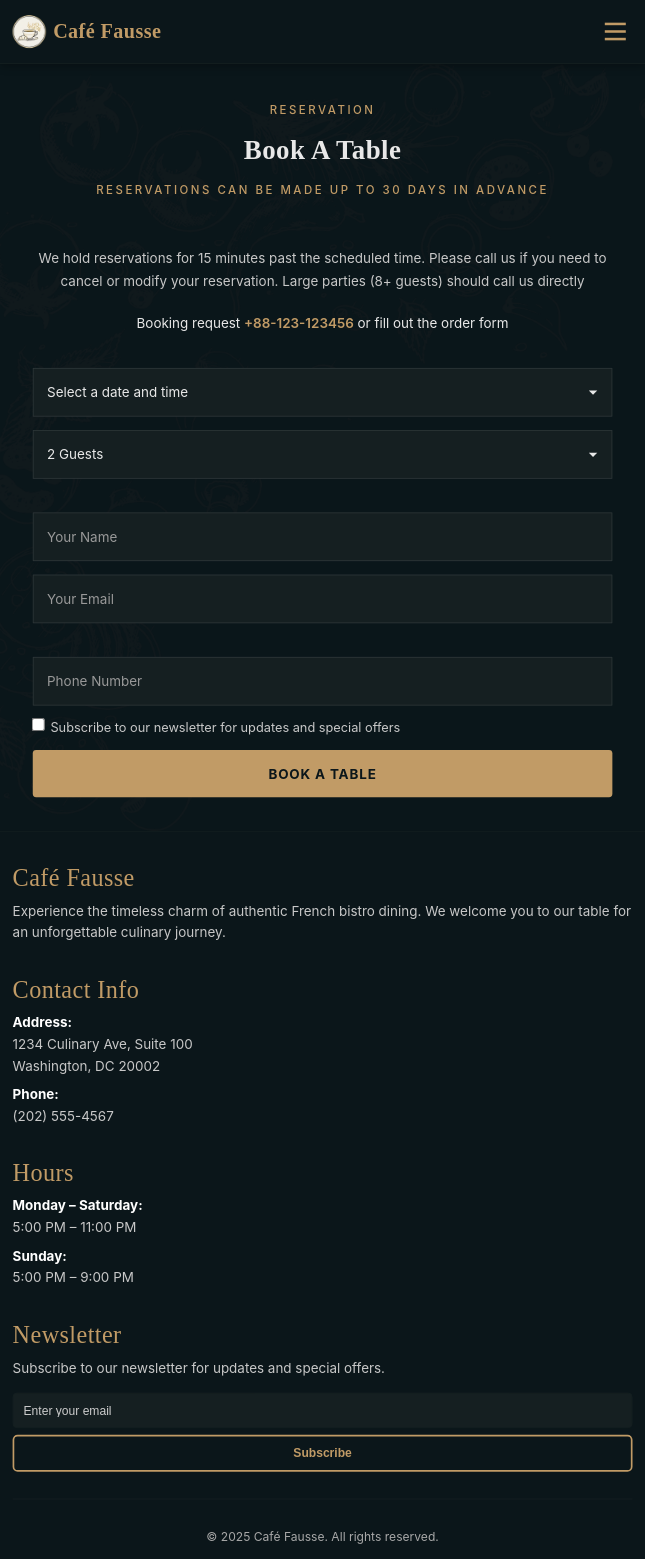
Repository: MatVanDenArt/MSSE-Cafe-Fausse
Page: /reservations (app in frontend/)
The author's editor kept a copy of each file at every save. The page is drawn from the files as they stood at one save, then again after the next save.
The browser window is 768 px wide. The pictures show the whole page, at 84% of full size.
Backgrounds fixed to the window are drawn as part of the page. The project was rebuilt for these pictures with package versions that can differ from the ones it lists, and the page was loaded fresh each time. Also part of the build but not shown: frontend/src/pages/Home.css, frontend/src/pages/Home.js, frontend/src/pages/Menu.css, frontend/src/pages/Menu.js, frontend/src/pages/About.css, frontend/src/pages/About.js, frontend/src/pages/Gallery.css, frontend/src/pages/Gallery.js.

Above is the page before, as saved 2025-11-06 18:22:08.

### frontend/src/App.js
import React from "react";
import { BrowserRouter as Router, Routes, Route } from "react-router-dom";
import "./App.css";

// Import components
import Header from "./components/Header";
import Footer from "./components/Footer";
import Home from "./pages/Home";
import Menu from "./pages/Menu";
import Reservations from "./pages/Reservations";
import About from "./pages/About";
import Gallery from "./pages/Gallery";

function App() {
  return (
    <Router>
      <div className="App">
        <Header />
        <main className="main-content">
          <Routes>
            <Route path="/" element={<Home />} />
            <Route path="/menu" element={<Menu />} />
            <Route path="/reservations" element={<Reservations />} />
            <Route path="/about" element={<About />} />
            <Route path="/gallery" element={<Gallery />} />
          </Routes>
        </main>
        <Footer />
      </div>
    </Router>
  );
}

export default App;

### frontend/src/App.css
/* Global Styles */
* {
  margin: 0;
  padding: 0;
  box-sizing: border-box;
}

@import url("https://fonts.googleapis.com/css2?family=Dancing+Script:wght@400;500;600;700&family=Cormorant+Garamond:ital,wght@0,300;0,400;0,500;0,600;0,700;1,300;1,400;1,500;1,600&family=Inter:wght@300;400;500;600&family=Source+Sans+Pro:ital,wght@0,300;0,400;0,600;1,300;1,400&display=swap");

body {
  font-family: "Inter", "Source Sans Pro", "Helvetica Neue", "Arial", sans-serif;
  line-height: 1.6;
  color: #e8e8e8;
  background-color: #0b161a;
  font-weight: 400;
  padding-top: 70px; /* Account for fixed header */
}

/* Remove padding-top for home page since hero handles spacing */
.home {
  padding-top: 0;
}

.App {
  min-height: 100vh;
  display: flex;
  flex-direction: column;
}

.main-content {
  flex: 1;
}

/* Typography */
h1,
h2,
h3,
h4,
h5,
h6 {
  font-family: "Cormorant Garamond", "EB Garamond", "Georgia", "Times New Roman",
    serif;
  font-weight: 500;
  margin-bottom: 1rem;
  letter-spacing: 0.5px;
}

h1 {
  font-size: 2.5rem;
  color: #c19b66;
  font-family: "Dancing Script", "Cormorant Garamond", serif;
  font-weight: 600;
}

h2 {
  font-size: 2rem;
  color: #c19b66;
  font-family: "Dancing Script", "Cormorant Garamond", serif;
  font-weight: 600;
}

h3 {
  font-size: 2rem;
  color: #c19b66;
  font-family: "Cormorant Garamond", serif;
  font-weight: 500;
}

p {
  margin-bottom: 1rem;
  font-size: 1.1rem;
  font-family: "Inter", "Source Sans Pro", "Helvetica Neue", "Arial", sans-serif;
}

/* Container */
.container {
  max-width: 1200px;
  margin: 0 auto;
  padding: 0 20px;
}

/* Grid System */
.grid {
  display: grid;
  gap: 2rem;
}

.grid-2 {
  grid-template-columns: repeat(auto-fit, minmax(300px, 1fr));
}

.grid-3 {
  grid-template-columns: repeat(auto-fit, minmax(250px, 1fr));
}

.grid-4 {
  grid-template-columns: repeat(auto-fit, minmax(200px, 1fr));
}

/* Flexbox Utilities */
.flex {
  display: flex;
}

.flex-center {
  display: flex;
  justify-content: center;
  align-items: center;
}

.flex-between {
  display: flex;
  justify-content: space-between;
  align-items: center;
}

.flex-column {
  display: flex;
  flex-direction: column;
}

/* Buttons */
.btn {
  display: inline-block;
  padding: 12px 24px;
  background-color: #c19b66;
  color: #0b161a;
  text-decoration: none;
  border: none;
  border-radius: 6px;
  font-size: 1rem;
  font-weight: 600;
  cursor: pointer;
  transition: all 0.3s ease;
  text-align: center;
}

.btn-secondary {
  padding: 1rem 1.5rem;
  font-size: 1.1rem;
  background-color: transparent;
  color: #c19b66;
  border: 2px solid #c19b66;
}

.btn-secondary:hover {
  border: 2px solid #c19b66;
  background-color: #c19b66;
  color: #0b161a;
}

.btn-large {
  padding: 1rem 1.5rem;
  font-size: 1.1rem;
  border: 2px solid #c19b66;
}

.btn-large:hover {
  background-color: transparent;
  color: #c19b66;
  border: 2px solid #c19b66;
}

/* Forms */
.form-group {
  margin-bottom: 1.5rem;
}

.form-label {
  display: block;
  margin-bottom: 0.5rem;
  font-weight: 600;
  color: #c19b66;
}

.form-input,
.form-select,
.form-textarea {
  width: 100%;
  padding: 12px;
  border: 2px solid #151f21;
  border-radius: 5px;
  font-size: 1rem;
  transition: border-color 0.3s ease;
  background-color: #151f21;
  color: #e8e8e8;
}

.form-input:focus,
.form-select:focus,
.form-textarea:focus {
  outline: none;
  border-color: #c19b66;
  box-shadow: 0 0 0 3px rgba(193, 155, 102, 0.1);
}

.form-textarea {
  resize: vertical;
  min-height: 100px;
}

/* Cards */
.card {
  /* background: #151f21; */
  border-radius: 6px;
  box-shadow: 0 4px 6px rgba(0, 0, 0, 0.3);
  overflow: hidden;
  border: 1px solid rgba(193, 155, 102, 0.2);
}

.card-body {
  padding: 1.5rem;
}

.card-title {
  font-size: 1.25rem;
  margin-bottom: 0.5rem;
  color: #c19b66;
  font-family: "Dancing Script", "Cormorant Garamond", serif;
  font-weight: 500;
}

.card-text {
  color: #c8c8c8;
  margin-bottom: 1rem;
}

/* Images */
.img-responsive {
  width: 100%;
  height: auto;
  display: block;
}

.img-rounded {
  border-radius: 10px;
}

/* Sections */
.section {
  padding: 4rem 0;
}

.section-dark {
  background-color: #0b161a;
  color: white;
}

.section-light {
  background-color: #151f21;
}

.section-title {
  text-align: center;
}

.section-title h2 {
  font-size: 2.5rem;
  margin-bottom: 1rem;
}

.section-title p {
  font-size: 1.2rem;
  color: #c8c8c8;
  /* max-width: 600px; */
  margin: 0 auto;
}

/* Hero Section - Moved to Home.css */

.hero-content h1 {
  font-size: 3.5rem;
  margin-bottom: 1rem;
  color: white;
}

.hero-buttons {
  display: flex;
  gap: 1rem;
  justify-content: center;
  flex-wrap: wrap;
}

/* Navigation styles are in Header.css */

/* Footer */
.footer {
  background-color: #333;
  color: white;
  padding: 3rem 0 1rem;
}

.footer-content {
  display: grid;
  grid-template-columns: repeat(auto-fit, minmax(250px, 1fr));
  gap: 2rem;
  margin-bottom: 2rem;
}

.footer-bottom {
  text-align: center;
  padding-top: 2rem;
  border-top: 1px solid #555;
  color: #ccc;
}

/* Responsive Design */
@media (max-width: 768px) {
  .container {
    padding: 0 15px;
  }

  .hero-content h1 {
    font-size: 2.5rem;
  }

  .hero-content p {
    font-size: 1.1rem;
  }

  .hero-buttons {
    flex-direction: column;
    align-items: center;
  }

  /* Navigation responsive styles are in Header.css */

  .grid-2,
  .grid-3,
  .grid-4 {
    grid-template-columns: 1fr;
  }

  h1 {
    font-size: 2rem;
  }

  h2 {
    font-size: 1.5rem;
  }
}

@media (max-width: 480px) {
  .hero-content h1 {
    font-size: 2rem;
  }

  .section {
    padding: 2rem 0;
  }

  .btn {
    padding: 10px 20px;
    font-size: 0.9rem;
  }
}

/* Utility Classes */
.text-center {
  text-align: center;
}

.text-left {
  text-align: left;
}

.text-right {
  text-align: right;
}

.mb-1 {
  margin-bottom: 0.5rem;
}
.mb-2 {
  margin-bottom: 1rem;
}
.mb-3 {
  margin-bottom: 1.5rem;
}
.mb-4 {
  margin-bottom: 2rem;
}

.mt-1 {
  margin-top: 0.5rem;
}
.mt-2 {
  margin-top: 1rem;
}
.mt-3 {
  margin-top: 1.5rem;
}
.mt-4 {
  margin-top: 2rem;
}

.p-1 {
  padding: 0.5rem;
}
.p-2 {
  padding: 1rem;
}
.p-3 {
  padding: 1.5rem;
}
.p-4 {
  padding: 2rem;
}

.hidden {
  display: none;
}

.visible {
  display: block;
}

### frontend/src/components/Footer.js
import React, { useState } from "react";
import "./Footer.css";

const Footer = () => {
  const [email, setEmail] = useState("");
  const [isSubscribed, setIsSubscribed] = useState(false);
  const [isLoading, setIsLoading] = useState(false);

  const handleNewsletterSubmit = async (e) => {
    e.preventDefault();
    if (!email) return;

    setIsLoading(true);
    try {
      const response = await fetch("http://localhost:5000/api/newsletter", {
        method: "POST",
        headers: {
          "Content-Type": "application/json",
        },
        body: JSON.stringify({ email }),
      });

      if (response.ok) {
        setIsSubscribed(true);
        setEmail("");
      } else {
        const error = await response.json();
        console.error("Newsletter signup error:", error);
      }
    } catch (error) {
      console.error("Newsletter signup error:", error);
    } finally {
      setIsLoading(false);
    }
  };

  return (
    <footer className="footer">
      <div className="container">
        <div className="footer-content">
          <div className="footer-section">
            <h3>Café Fausse</h3>
            <p>
              Experience the timeless charm of authentic French bistro dining.
              We welcome you to our table for an unforgettable culinary journey.
            </p>
          </div>

          <div className="footer-section">
            <h3>Contact Info</h3>
            <p>
              <strong>Address:</strong>
              <br />
              1234 Culinary Ave, Suite 100
              <br />
              Washington, DC 20002
            </p>
            <p>
              <strong>Phone:</strong>
              <br />
              (202) 555-4567
            </p>
          </div>

          <div className="footer-section">
            <h3>Hours</h3>
            <p>
              <strong>Monday – Saturday:</strong>
              <br />
              5:00 PM – 11:00 PM
            </p>
            <p>
              <strong>Sunday:</strong>
              <br />
              5:00 PM – 9:00 PM
            </p>
          </div>

          <div className="footer-section">
            <h3>Newsletter</h3>
            <p>Subscribe to our newsletter for updates and special offers.</p>
            {isSubscribed ? (
              <div className="newsletter-success">
                <p>Thank you for subscribing!</p>
              </div>
            ) : (
              <form
                onSubmit={handleNewsletterSubmit}
                className="newsletter-form"
              >
                <input
                  type="email"
                  placeholder="Enter your email"
                  value={email}
                  onChange={(e) => setEmail(e.target.value)}
                  required
                  className="newsletter-input"
                />
                <button
                  type="submit"
                  disabled={isLoading}
                  className="btn btn-secondary newsletter-btn"
                >
                  {isLoading ? "Subscribing..." : "Subscribe"}
                </button>
              </form>
            )}
          </div>
        </div>

        <div className="footer-bottom">
          <p>&copy; 2025 Café Fausse. All rights reserved.</p>
        </div>
      </div>
    </footer>
  );
};

export default Footer;

### frontend/src/components/Header.css
.nav {
  background-color: #0b161a;
  box-shadow: 0 2px 10px rgba(0, 0, 0, 0.3);
  position: fixed;
  top: 0;
  left: 0;
  right: 0;
  z-index: 1002;
  border-bottom: 1px solid #151f21;
}

.nav-container {
  display: flex;
  justify-content: space-between;
  align-items: center;
  padding: 1rem 0;
}

.nav-logo {
  display: flex;
  align-items: center;
  gap: 0.5rem;
  text-decoration: none;
  font-family: "Cormorant Garamond", "EB Garamond", "Georgia", "Times New Roman",
    serif;
  font-weight: 500;
  letter-spacing: 0.5px;
}

.nav-logo-img {
  height: 40px;
  width: auto;
}

.nav-logo-text {
  font-size: 1.5rem;
  font-weight: bold;
  color: #c19b66;
  font-family: "Dancing Script", "Cormorant Garamond", serif;
}

.nav-logo:hover .nav-logo-text {
  color: #c19b66;
}

.nav-menu {
  display: flex;
  list-style: none;
  gap: 2rem;
  margin: 0;
  padding: 0;
}

.nav-link {
  color: #e8e8e8;
  text-decoration: none;
  font-weight: 500;
  transition: color 0.3s ease;
  padding: 0.5rem 0;
  position: relative;
}

.nav-link:hover,
.nav-link.active {
  color: #c19b66;
}

.nav-link.active::after {
  content: "";
  position: absolute;
  bottom: 0;
  left: 0;
  right: 0;
  height: 2px;
  background-color: #c19b66;
}

.nav-toggle {
  display: none;
  flex-direction: column;
  background: none;
  border: none;
  cursor: pointer;
  padding: 0.5rem;
}

.nav-toggle-line {
  width: 25px;
  height: 3px;
  background-color: #c19b66;
  margin: 3px 0;
  transition: 0.3s;
}

/* Mobile Navigation */
@media (max-width: 768px) {
  .nav-toggle {
    display: flex;
  }

  .nav-menu {
    position: fixed;
    top: 76px;
    right: 0;
    bottom: 0;
    width: 80%;
    max-width: 320px;
    background-color: #0b161a;
    flex-direction: column;
    gap: 0; /* Remove gap on mobile */
    padding: 0rem; /* Add padding for mobile menu */
    box-shadow: -2px 0 10px rgba(0, 0, 0, 0.3);
    transform: translateX(100%);
    opacity: 1;
    visibility: hidden;
    transition: transform 0.4s cubic-bezier(0.4, 0, 0.2, 1), visibility 0.4s;
    z-index: 1001;
    border-left: 1px solid #151f21;
    overflow-y: auto;
  }

  .nav-menu-open {
    transform: translateX(0);
    visibility: visible;
  }

  .nav-link {
    padding: 1.5rem 0;
    border-bottom: 1px solid #151f21;
    text-align: center;
    color: #e8e8e8;
  }

  .nav-link:last-child {
    border-bottom: none;
  }

  .nav-link:hover,
  .nav-link.active {
    color: #c19b66;
  }

  .nav-toggle.open .nav-toggle-line:nth-child(1) {
    transform: rotate(45deg) translate(5px, 5px);
  }

  .nav-toggle.open .nav-toggle-line:nth-child(2) {
    opacity: 0;
  }

  .nav-toggle.open .nav-toggle-line:nth-child(3) {
    transform: rotate(-45deg) translate(7px, -6px);
  }

  /* Menu Button z-index to stay above menu */
  .nav-toggle {
    position: relative;
    z-index: 1003;
  }

  /* Backdrop Overlay */
  .nav-overlay {
    position: fixed;
    top: 70px; /* Start below the nav header */
    left: 0;
    right: 0;
    bottom: 0;
    background-color: rgba(0, 0, 0, 0.5);
    z-index: 998;
    opacity: 0;
    visibility: hidden;
    pointer-events: none;
    transition: opacity 0.4s cubic-bezier(0.4, 0, 0.2, 1), visibility 0.4s;
  }

  .nav-overlay.nav-overlay-visible {
    opacity: 1;
    visibility: visible;
    pointer-events: auto;
  }
}

### frontend/src/components/Footer.css
.footer {
  background-color: #0b161a;
  color: #e8e8e8;
  padding: 3rem 0 1rem;
  margin-top: auto;
  border-top: 1px solid #151f21;
}

.footer-content {
  display: grid;
  grid-template-columns: repeat(auto-fit, minmax(250px, 1fr));
  gap: 2rem;
  margin-bottom: 2rem;
}

.footer-section h3 {
  color: #c19b66;
  font-size: 1.8rem;
  font-family: "Cormorant Garamond", "Times New Roman", serif;
  font-weight: 500;
  letter-spacing: 0.5px;
  margin-bottom: 0.25rem;
}

.footer-section p {
  margin-bottom: 0.5rem;
  line-height: 1.6;
  color: #c8c8c8;
  font-size: 1rem;
}

.footer-section strong {
  color: white;
}

.newsletter-form {
  display: flex;
  flex-direction: column;
  gap: 0.5rem;
  margin-top: 1rem;
}

.newsletter-input {
  padding: 0.75rem;
  border: 1px solid #151f21;
  border-radius: 5px;
  background-color: #151f21;
  color: #e8e8e8;
  font-size: 0.9rem;
}

.newsletter-input::placeholder {
  color: #ccc;
}

.newsletter-input:focus {
  outline: none;
  border-color: #c19b66;
}

.newsletter-btn {
  padding: 0.75rem;
  font-size: 0.9rem;
  border: 2px solid #c19b66;
  background-color: transparent;
  color: #c19b66;
}

.newsletter-btn:hover {
  background-color: #c19b66;
  color: #0b161a;
}

.newsletter-btn:disabled {
  opacity: 0.6;
  cursor: not-allowed;
}

.newsletter-success {
  background-color: #4caf50;
  padding: 1rem;
  border-radius: 5px;
  text-align: center;
  margin-top: 1rem;
}

.newsletter-success p {
  margin: 0;
  color: white;
  font-weight: 600;
}

.footer-bottom {
  text-align: center;
  padding-top: 2rem;
  border-top: 1px solid #151f21;
  color: #a8a8a8;
}

.footer-bottom p {
  margin: 0;
  font-size: 0.9rem;
}

@media (max-width: 768px) {
  .footer {
    padding: 2rem 0 1rem;
  }

  .footer-content {
    grid-template-columns: 1fr;
    gap: 1.5rem;
  }

  .newsletter-form {
    flex-direction: column;
  }
}

### frontend/src/pages/Reservations.css
.reservations {
  padding: 2rem 0;
  min-height: 100vh;
  position: relative;
  background-color: #0b161a;
}

.reservations::before {
  content: "";
  position: absolute;
  top: 0;
  left: 0;
  right: 0;
  bottom: 0;
  background-color: rgba(11, 22, 26, 0.7);
  z-index: 0;
}

.reservations > .container {
  position: relative;
  z-index: 1;
}

.reservation-header-section {
  text-align: center;
  max-width: 800px;
  margin-left: auto;
  margin-right: auto;
  padding: 0 20px;
}

.reservation-header-section .section-title {
  text-align: center;
  padding: 2rem 0 1rem;
  margin-bottom: 2rem;
}

.reservation-header-section .section-title p {
  font-size: 0.85rem;
  text-transform: uppercase;
  letter-spacing: 3px;
  margin-bottom: 1rem;
  font-weight: 500;
  display: inline-block;
  color: #c19b66;
}

.reservation-header-section .section-title h1 {
  font-size: 4rem;
  color: #e8e8e8;
  margin-bottom: 1rem;
  font-family: "Cormorant Garamond", serif;
  font-weight: 600;
  line-height: 1.2;
}

.reservation-description {
  font-size: 1.1rem;
  line-height: 1.7;
  color: #c8c8c8;
  margin-bottom: 1.5rem;
  font-family: "Inter", "Source Sans Pro", sans-serif;
}

.booking-contact {
  font-size: 1.1rem;
  color: #e8e8e8;
  font-family: "Inter", "Source Sans Pro", sans-serif;
}

.phone-number {
  color: #c19b66;
  font-weight: 600;
}

.reservation-form-container {
  padding: 3rem;
  max-width: 900px;
  margin: 0 auto;
}

.reservation-form {
  max-width: 100%;
}

.form-row {
  display: grid;
  gap: 1.5rem;
}

.form-row-two {
  grid-template-columns: repeat(2, 1fr);
}

.form-row-three {
  grid-template-columns: repeat(3, 1fr);
}

.form-group {
  margin-bottom: 1.5rem;
}

.form-group-full {
  grid-column: 1 / -1;
}

.sr-only {
  position: absolute;
  width: 1px;
  height: 1px;
  padding: 0;
  margin: -1px;
  overflow: hidden;
  clip: rect(0, 0, 0, 0);
  white-space: nowrap;
  border-width: 0;
}

.form-input,
.form-select {
  width: 100%;
  padding: 18px 16px;
  border: 1px solid rgb(255 255 255 / 10%);
  border-radius: 0;
  font-size: 1rem;
  transition: border-color 0.3s ease;
  background-color: #151f21;
  color: #e8e8e8;
  font-family: "Inter", "Source Sans Pro", sans-serif;
  appearance: none;
  -webkit-appearance: none;
  -moz-appearance: none;
}

.form-select {
  background-image: url("data:[embedded picture, 161 characters]");
  background-repeat: no-repeat;
  background-position: right 16px center;
  padding-right: 40px;
}

.form-input:focus,
.form-select:focus {
  outline: none;
  border-color: #e4c590;
  background-color: #2a2a2a;
}

.form-input::placeholder {
  color: #999999;
}

.form-textarea {
  width: 100%;
  padding: 18px 16px;
  border: 1px solid #e8e8e8;
  border-radius: 0;
  font-size: 1rem;
  transition: border-color 0.3s ease;
  background-color: #2a2a2a;
  color: #e8e8e8;
  font-family: "Inter", "Source Sans Pro", sans-serif;
  resize: vertical;
  min-height: 120px;
}

.form-textarea:focus {
  outline: none;
  border-color: #e8e8e8;
  background-color: #2a2a2a;
}

.form-textarea::placeholder {
  color: #c8c8c8;
}

.checkbox-label {
  display: flex;
  align-items: flex-start;
  gap: 0.5rem;
  cursor: pointer;
  font-size: 0.95rem;
  line-height: 1.4;
}

.checkbox-input {
  margin: 0;
  transform: scale(1.2);
  accent-color: #c19b66;
}

.checkbox-text {
  color: #c8c8c8;
}

.submit-status {
  padding: 1rem;
  border-radius: 8px;
  margin-bottom: 1.5rem;
  font-weight: 500;
}

.submit-status.success {
  background-color: #d4edda;
  color: #155724;
  border: 1px solid #c3e6cb;
}

.submit-status.error {
  background-color: #f8d7da;
  color: #721c24;
  border: 1px solid #f5c6cb;
}

.reservation-submit {
  width: 100%;
  padding: 18px 32px;
  font-size: 1rem;
  font-weight: 700;
  letter-spacing: 1px;
  text-transform: uppercase;
  background-color: #c19b66;
  color: #0b161a;
  border: none;
  border-radius: 4px;
  cursor: pointer;
  transition: all 0.3s ease;
  font-family: "Inter", "Source Sans Pro", sans-serif;
}

.reservation-submit:hover:not(:disabled) {
  background-color: #b08a55;
}

.reservation-submit:disabled {
  background-color: #ccc;
  cursor: not-allowed;
  transform: none;
}

.powered-by {
  text-align: center;
  font-size: 0.9rem;
  color: #a8a8a8;
  margin-top: 1.5rem;
  font-family: "Inter", "Source Sans Pro", sans-serif;
  padding: 0;
}

.reservation-policy-section {
  margin-top: 4rem;
  max-width: 900px;
  margin-left: auto;
  margin-right: auto;
  padding: 0 20px;
}

.info-card {
  background: #151f21;
  padding: 1.5rem;
  border-radius: 10px;
  box-shadow: 0 2px 4px rgba(0, 0, 0, 0.3);
  border-left: 4px solid #8b4513;
  border: 1px solid #1f2a2d;
}

.info-card h3 {
  color: #8b4513;
  margin-bottom: 1rem;
  font-size: 1.2rem;
  font-family: "Dancing Script", "Cormorant Garamond", serif;
  font-weight: 500;
}

.info-card ul {
  list-style: none;
  padding: 0;
  margin: 0;
}

.info-card li {
  padding: 0.5rem 0;
  border-bottom: 1px solid #1f2a2d;
  position: relative;
  padding-left: 1.5rem;
  color: #c8c8c8;
}

.info-card li:last-child {
  border-bottom: none;
}

.info-card li::before {
  content: "•";
  color: #c19b66;
  font-weight: bold;
  position: absolute;
  left: 0;
}

.info-card p {
  margin-bottom: 0.5rem;
  line-height: 1.5;
  color: #c8c8c8;
}

.info-card strong {
  color: #c19b66;
}

@media (max-width: 968px) {
  .reservation-header-section .section-title h1 {
    font-size: 2.5rem;
  }
}

@media (max-width: 768px) {
  .reservation-header-section .section-title {
    margin-bottom: 1.5rem;
  }

  .reservation-header-section .section-title h1 {
    font-size: 2rem;
  }
  .reservations {
    padding: 1rem 0;
  }

  .reservation-form-container {
    padding: 1.5rem;
  }

  .form-row-two,
  .form-row-three {
    grid-template-columns: 1fr;
  }

  .reservation-title {
    font-size: 2.5rem;
  }

  .reservation-description,
  .booking-contact {
    font-size: 1rem;
  }

  .form-group {
    margin-bottom: 1rem;
  }

  .info-card {
    padding: 1rem;
  }

  .info-card h3 {
    font-size: 1.1rem;
  }
}

@media (max-width: 480px) {
  .reservation-header-section .section-title h1 {
    font-size: 1.75rem;
  }
  .reservation-form-container {
    padding: 1rem;
  }

  .form-input,
  .form-select {
    padding: 10px;
    font-size: 0.9rem;
  }

  .reservation-submit {
    padding: 14px;
    font-size: 1rem;
  }

  .info-card {
    padding: 0.8rem;
  }
}

Loaded but not shown: frontend/public/index.html (common file); frontend/src/index.js (common file); frontend/src/index.css (common file); frontend/src/reportWebVitals.js (common file); frontend/src/pages/Reservations.js (283 lines, source omitted); frontend/src/components/Header.js (129 lines, source omitted)

After the next save:
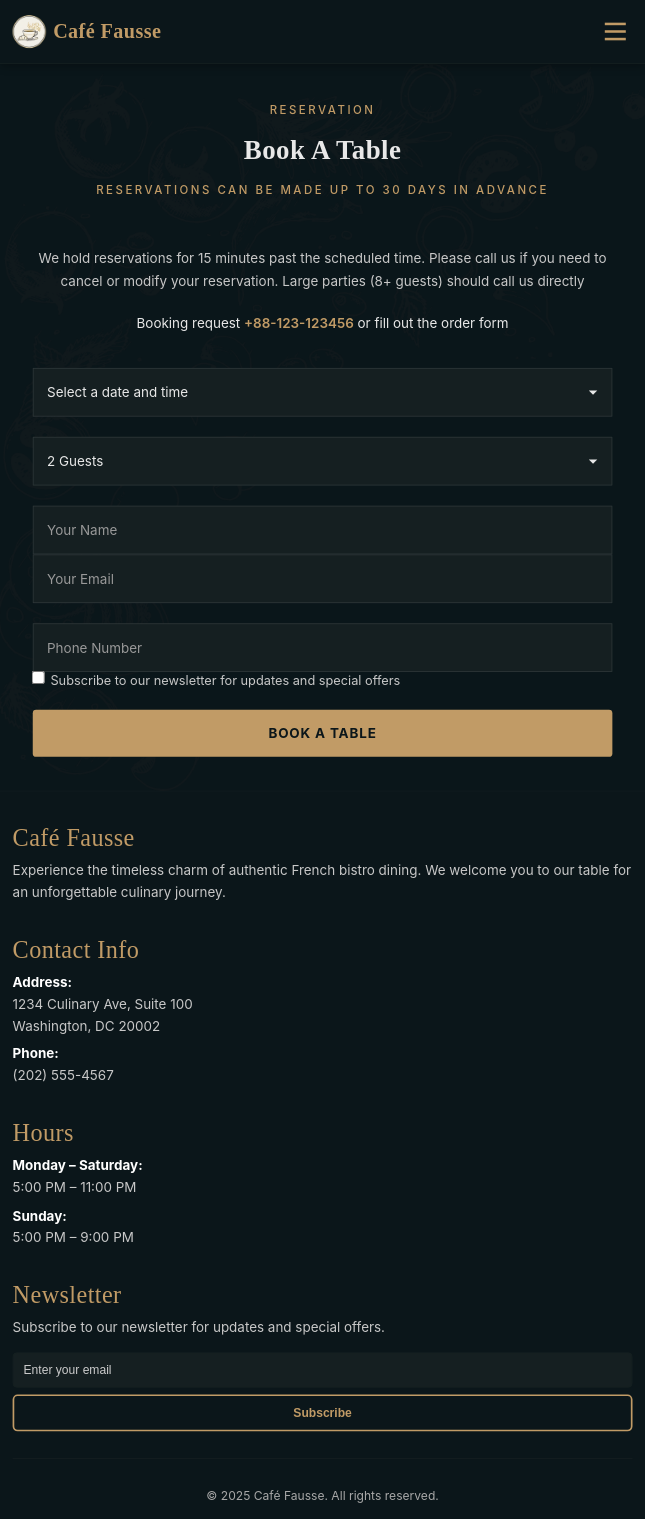
Saved 2 min 49 s later.
--- a/frontend/src/pages/Reservations.css
+++ b/frontend/src/pages/Reservations.css
@@ -330,6 +330,10 @@
     padding: 1.5rem;
   }
 
+  .form-row {
+    gap: 0; /* Remove gap on mobile for equal spacing */
+  }
+
   .form-row-two,
   .form-row-three {
     grid-template-columns: 1fr;
@@ -345,7 +349,11 @@
   }
 
   .form-group {
-    margin-bottom: 1rem;
+    margin-bottom: 1.5rem; /* Equal spacing between all form fields on mobile */
+  }
+
+  .form-group:last-child {
+    margin-bottom: 0;
   }
 
   .info-card {
